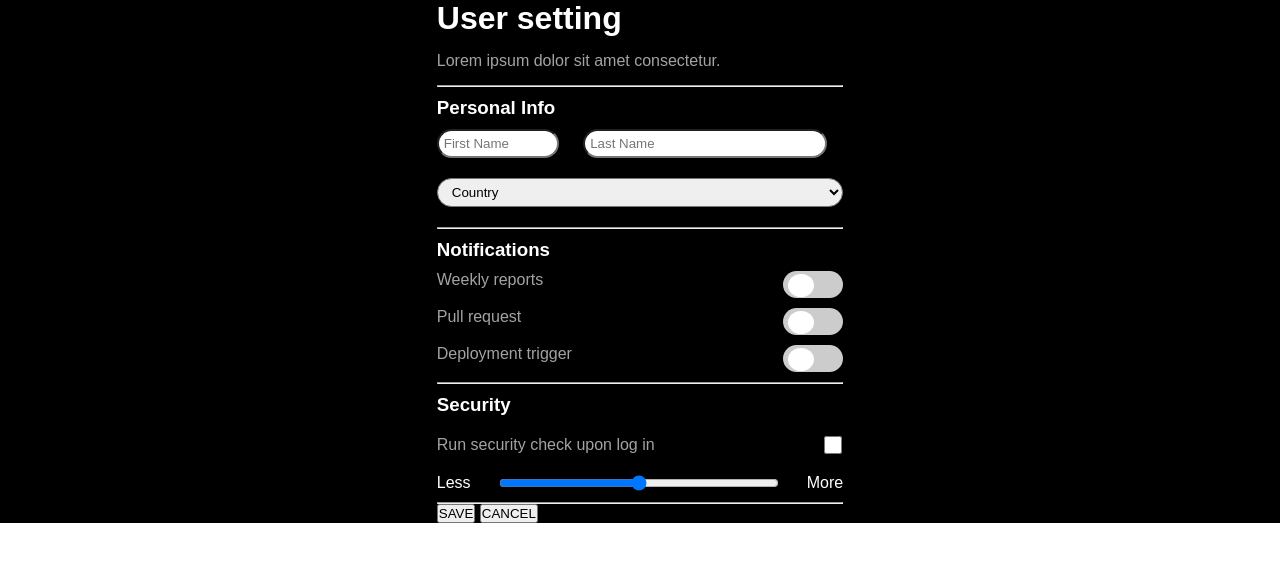
Repository: imokha01/DOM
Page: index.html
These files come from the project's save history. The page is drawn as it stood at one moment and after the next save; the edit follows.
The browser window is 1280 px wide. The pictures show the whole page.

Above is the page before, as saved 2023-12-19 18:00:07.

### index.html
<!DOCTYPE html>
<html lang="en">
  <head>
    <meta charset="UTF-8" />
    <meta name="viewport" content="width=device-width, initial-scale=1.0" />
    <title>Document</title>
    <link rel="stylesheet" href="./index.css" />
  </head>
<body>
  <div class="form_container">
    <form action="#">
      <div>
          <h1>User setting</h1>
          <p id="userPara">Lorem ipsum dolor sit amet consectetur.</p>
      </div>
      <hr>
      <div>
        <h3>Personal Info</h3>
        <input type="text" class="firstName" placeholder="First Name">
        <input type="text" class="lastName" placeholder="Last Name"> <br>
        <select>
            <option value="country" disabled hidden selected>Country</option>
            <option value="Nigeria">Nigeria</option>
            <option value="ghana">Ghana</option>
            <option value="algeria">Algeria</option>
        </select>
        <hr>
        <div>
          <h3>Notifications</h3>
          <div class="weeklyReport">
            <p class="week-para">Weekly reports</p>
            <!-- Rounded switch -->
            <div>
              <label class="switch">
                <input type="checkbox">
               <span class="slider round"></span>
              </label>
            </div>
          </div>
          <div class="pullRequest">
            <p class="pull-para">Pull request</p>
            <!-- Rounded switch -->
            <div>
              <label class="switch">
                <input type="checkbox">
               <span class="slider round"></span>
              </label>
            </div>
          </div>
          <div class="deployment">
            <p class="depoly-para">Deployment trigger</p>
            <!-- Rounded switch -->
            <div>
              <label class="switch">
                <input type="checkbox">
               <span class="slider round"></span>
              </label>
            </div>
          </div>
          <hr>
          <div class="security">
            <h3> Security</h3>
            <div>
              <p id="secu-para">Run security check upon log in</p>
              <input type="checkbox" id="check">
            </div>
            <div>
              <span>Less</span>
              <input type="range" id="range">
              <span> More </span>
            </div>
           <hr>
           <button type="save">SAVE</button>
           <button type="cancel">CANCEL</button
        </div>


        </div>
      </div>
    </form>


  </div>
    <script src="./index.js"></script>
  </body>
</html>

### index.css
* {
    margin: 0;
    padding: 0;
    box-sizing: border-box;
}

body{
    font-family: Arial, Helvetica, sans-serif;
}

.form_container {
    display: flex;
    justify-content: center;
    align-items: center;
    gap: 2px;
    background-color: black;
    color: while;
}

form {
    color: white;
}

form p {
    color: #a3a3a3
}

#userPara {
    padding: 15px 0;
}

h3 {
    margin: 10px 0;
}

.firstName{
    width: 30%;
    padding: 5px;
    border-radius: 20px;
    margin-right: 20px;
}

.lastName {
    width: 60%;
    padding: 5px;
    border-radius: 20px;
}

select {
    width: 100%;
    padding: 5px 10px;
    border-radius: 20px;
    margin: 20px 0;
}

option {
    padding: 10px;
}
.weeklyReport,
.deployment,
.pullRequest {
    display: flex;
    justify-content: space-between;
    margin-bottom: 10px;
}

.security h3 + div {
    display: flex;
    justify-content: space-between;
    padding: 10px 0;
}

#check {
    width: 20px;
}

.security div:last-of-type{
    width: 100%;
    display: flex;
    justify-content: space-between;
    padding: 10px 0;
}

#range {
    width: 280px
}









/* The switch - the box around the slider */
.switch {
    position: relative;
    display: inline-block;
    width: 60px;
    height: 27px;
  }

  /* Hide default HTML checkbox */
  .switch input {
    opacity: 0;
    width: 0;
    height: 0;
  }

  /* The slider */
  .slider {
    position: absolute;
    cursor: pointer;
    top: 0;
    left: 0;
    right: 0;
    bottom: 0;
    background-color: #ccc;
    -webkit-transition: .4s;
    transition: .4s;
  }

  .slider:before {
    position: absolute;
    content: "";
    height: 23px;
    width: 26px;
    left: 5px;
    bottom: 1px;
    background-color: white;
    -webkit-transition: .4s;
    transition: .4s;
  }

  input:checked + .slider {
    background-color: #2196F3;
  }

  input:focus + .slider {
    box-shadow: 0 0 1px #2196F3;
  }

  input:checked + .slider:before {
    -webkit-transform: translateX(26px);
    -ms-transform: translateX(26px);
    transform: translateX(26px);
  }

  /* Rounded sliders */
  .slider.round {
    border-radius: 34px;
  }

  .slider.round:before {
    border-radius: 50%;
  }

### index.js
// const button = document.getElementsByTagName("button")[0]
// console.log(button)

// button.style.backgroundColor = "skyblue"
// button.style.padding = "20px";
// button.style.border = "none";
// button.style.borderRadius = "10px";
// button.style.fontSize  = "1.5em";
// button.style.color = "red";

// const body = document.querySelector("body")
// body.style.backgroundColor = "lightgreen";

const newDiv = document.createElement("div");
const newContent = document.createTextNode("hey, What is up");
newDiv.appendChild(newContent);
console.log(newDiv)

const button = document.createElement("button")

After the next save:
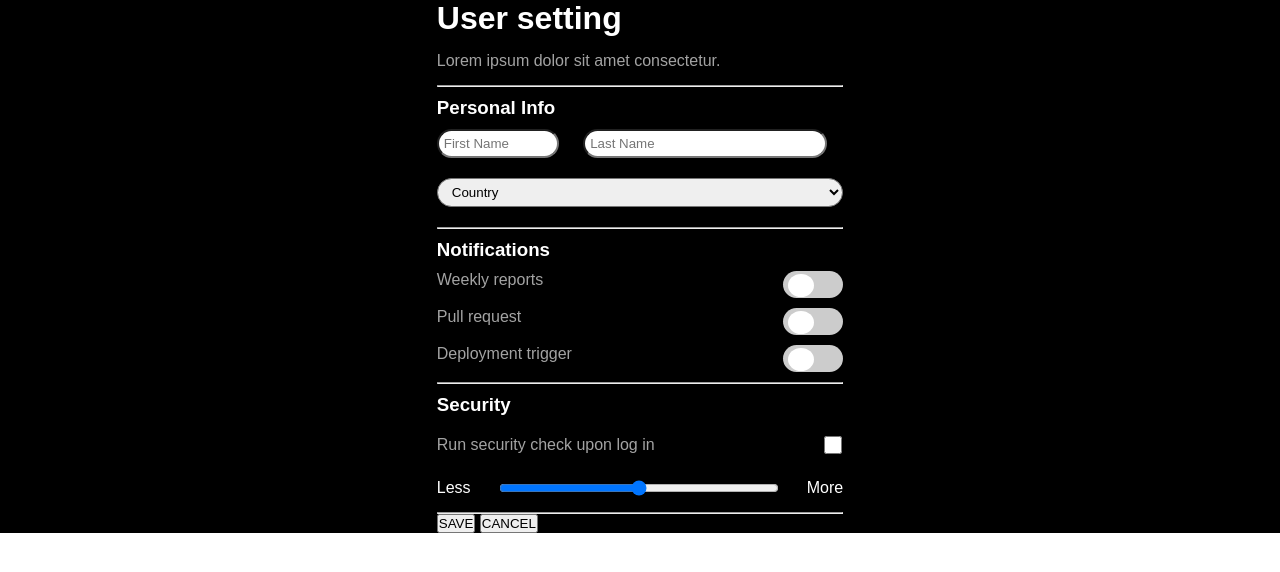
Saved 11 s later.
--- a/index.css
+++ b/index.css
@@ -78,7 +78,7 @@ option {
     width: 100%;
     display: flex;
     justify-content: space-between;
-    padding: 10px 0;
+    padding: 15px 0;
 }
 
 #range {
